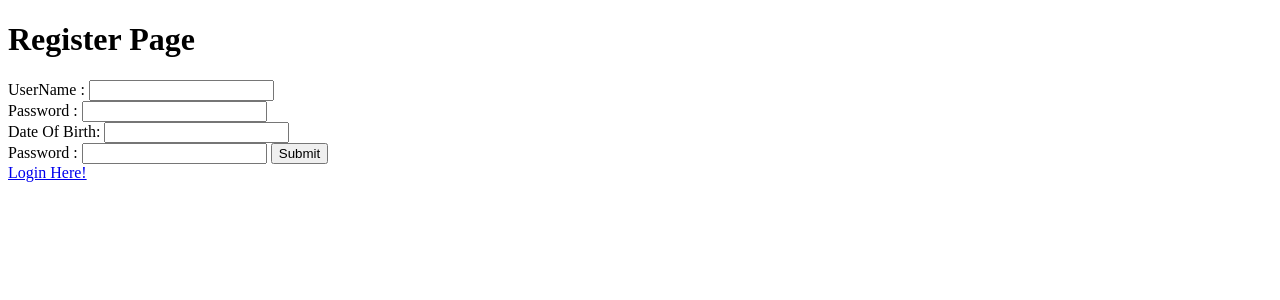
Repository: devgpta19/CDAC-Assignments
Page: http://localhost/CarVehicle/RegisterPage.jsp
These files come from the project's save history. The page is drawn as it stood at one moment and after the next save; the edit follows.
The browser window is 1280 px wide. The pictures show the whole page.
The page is served by Tomcat 9.

Above is the page before, as saved 2025-12-11 06:29:39.

After the next save:
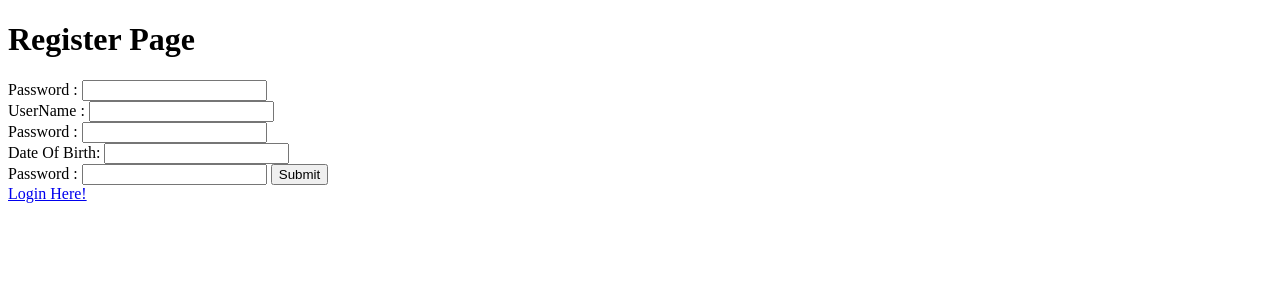
Saved 5 s later.
--- a/Adv.Java/Prac/CarVehicle/src/main/webapp/RegisterPage.jsp
+++ b/Adv.Java/Prac/CarVehicle/src/main/webapp/RegisterPage.jsp
@@ -11,7 +11,10 @@
 	<h1>Register Page</h1>
 	<form action="/RegisterMe" method="post">
 
+		<label for="" >Password : </label>
+		<input type="text" name="pass" id="pass" />
 
+		<br>
 
 		<label for="uname" >UserName : </label>
 		<input type="text" name="uname" id="uname" />
